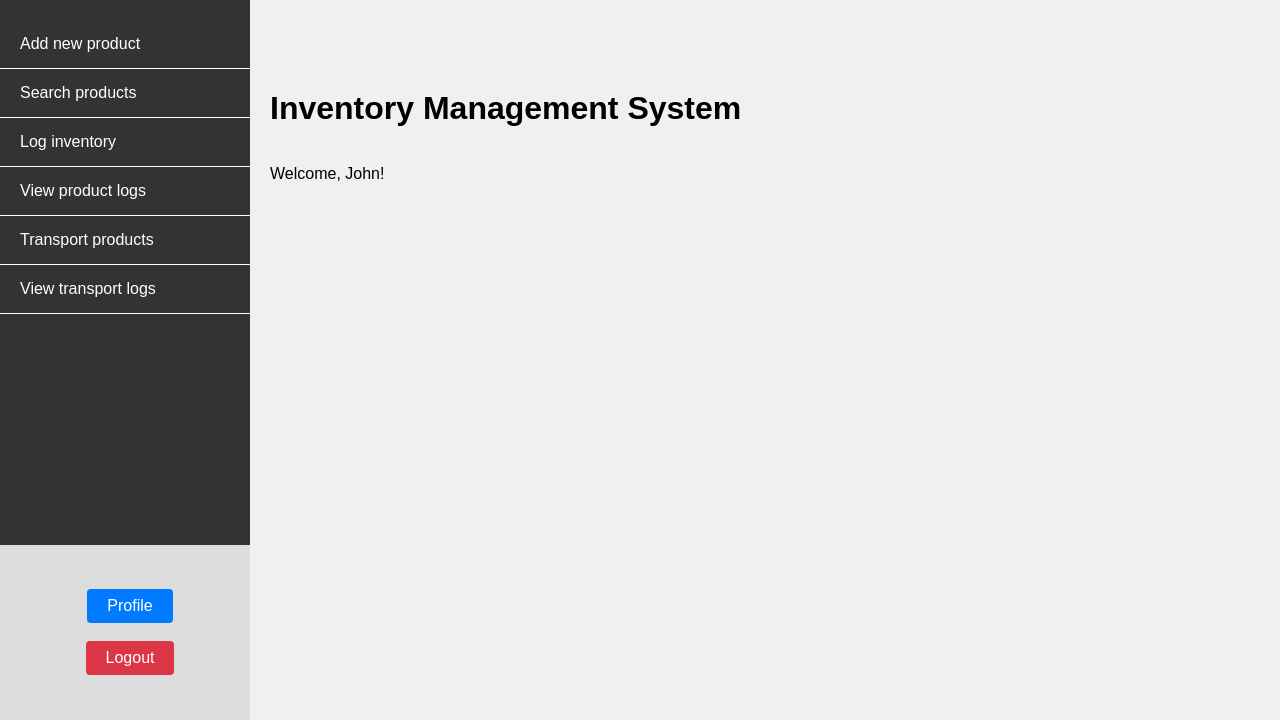
Repository: Warspinix/Flask-Web-Applications
Page: http://localhost/dashboard
The author's editor kept a copy of each file at every save. The page is drawn from the files as they stood at one save, then again after the next save.
The browser window is 1280 px wide. The pictures show the whole page.
The page is served by the project's application, run on Flask 3 (app.py). The session is filled in as if someone had signed in: {"user_id": 1, "first_name": "John"}.

Above is the page before, as saved 2024-06-13 22:42:53.

After the next save:
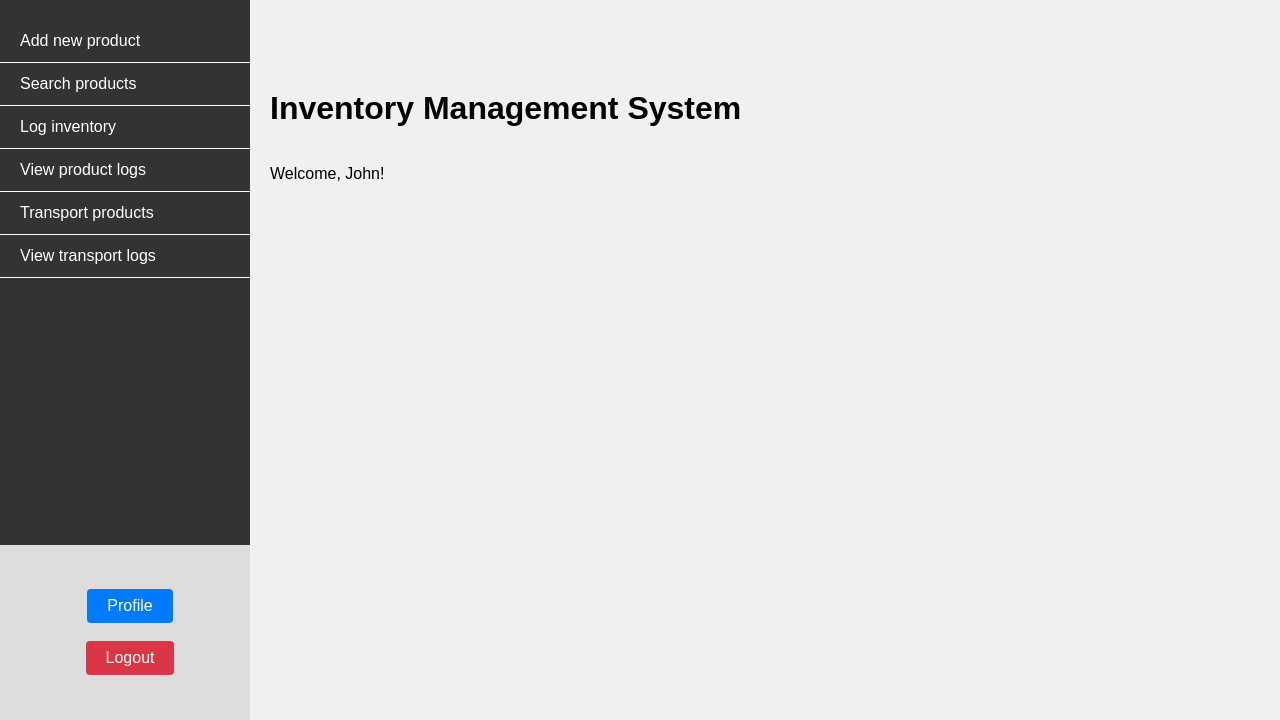
Saved 8 s later.
--- a/static/style.css
+++ b/static/style.css
@@ -66,7 +66,7 @@ h1 {
 
 .navbar-menu li {
     margin-right: 0;
-    padding: 15px 20px;
+    padding: 12px 20px;
     border-bottom: 1px solid white;
     transition: color 0.3s ease;
 }
